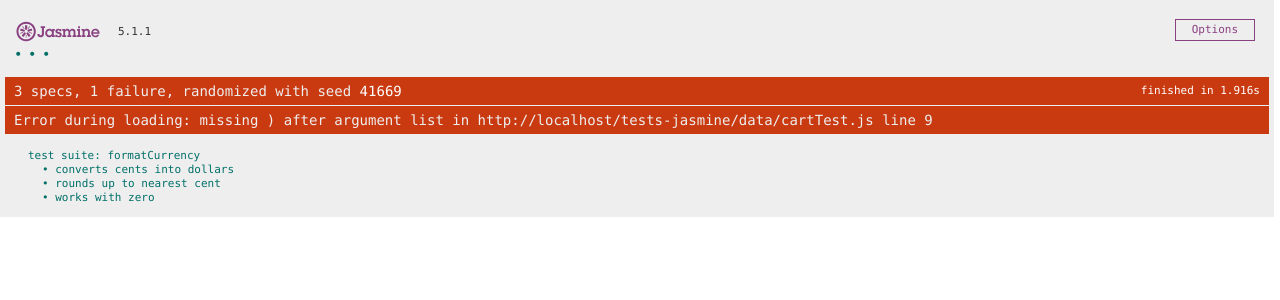
Repository: Srikeerthi05/Amazon-project
Page: tests-jasmine/tests.html
These files come from the project's save history. The page is drawn as it stood at one moment and after a run of saves; the edit follows.
The browser window is 1280 px wide. The pictures show the whole page.

Above is the page before, as saved 2025-05-25 13:39:55.
Console error: SyntaxError: missing ) after argument list

### tests-jasmine/tests.html
<!DOCTYPE html>
<html>
<head>
  <meta charset="utf-8">
  <title>Jasmine Spec Runner v5.1.1</title>

  <link rel="shortcut icon" type="image/png" href="lib/jasmine-5.1.1/jasmine_favicon.png">
  <link rel="stylesheet" href="lib/jasmine-5.1.1/jasmine.css">

  <script src="lib/jasmine-5.1.1/jasmine.js"></script>
  <script src="lib/jasmine-5.1.1/jasmine-html.js"></script>
  <script src="lib/jasmine-5.1.1/boot0.js"></script>
  <!-- optional: include a file here that configures the Jasmine env -->
  <script src="lib/jasmine-5.1.1/boot1.js"></script>


  <script src="utils/moneyTest.js" type="module"></script>
  <script src="data/cartTest.js" type="module"></script>

</head>

<body>
</body>
</html>

### tests-jasmine/utils/moneyTest.js
import {formatCurrency} from '../../scripts/utils/money.js';

describe('test suite: formatCurrency',()=>{
    it('converts cents into dollars',()=>{
        expect(formatCurrency(2095)).toEqual('20.95');
    })
    it('works with zero',()=>{
        expect(formatCurrency(0)).toEqual('0.00');
    })
    it('rounds up to nearest cent',()=>{
        expect(formatCurrency(2000.5)).toEqual('20.01');
    })
})

### tests-jasmine/data/cartTest.js
import {addToCart,cart, loadFromStorage} from '../../data/cart.js';

describe('test suite:Add to cart',()=>{
    it('adds an existing product to the cart',()=>{

    });

    it('adds a new product to the cart',()=>{
        spyOn(localStorage,'setItem';)


        spyOn(localStorage,'getItem').and.callFake(()=>{
            return JSON.stringify([]);
        });

        loadFromStorage();

        addToCart('e43638ce-6aa0-4b85-b27f-e1d07eb678c6');
        expect(cart.length).toEqual(1);
        expect(localStorage.setItem).toHaveBeenCalledTimes(1);
    });


});

### scripts/utils/money.js
export  function formatCurrency(priceCents){
    return (Math.round(priceCents)/100).toFixed(2);
}
export default formatCurrency;

### data/cart.js
export let cart;

loadFromStorage()
export function loadFromStorage(){

     cart=JSON.parse(localStorage.getItem('cart'));

if(!cart){
    cart=[{
   productId:'e43638ce-6aa0-4b85-b27f-e1d07eb678c6',
   quantity:2,
   deliveryOptionId:'1'
},{
    productId:'15b6fc6f-327a-4ec4-896f-486349e85a3d',
    quantity: 1,
    deliveryOptionId:'2'
}
];

}
}

function saveToStorage(){
    localStorage.setItem('cart',JSON.stringify(cart));
}




export function addToCart(productId){
     let matchingItem;

     cart.forEach((cartItem)=>{
      if(productId===cartItem.productId){
        matchingItem=cartItem;
      }
     });;
     if(matchingItem){
      matchingItem.quantity+=1;
     }
     else{
      cart.push({
      productId: productId,
      quantity: 1,
      deliveryOptionId:'1'
     });
     }

     saveToStorage();

}

export function removeFromCart(productId){
    const newCart=[];
    cart.forEach((cartItem)=>{
        if(cartItem.productId!==productId){
            newCart.push(cartItem);
        }
    });

    cart =newCart;

    saveToStorage();
}

export function updateDeliveryOption(productID, deliveryOptionId){
    let matchingItem;

     cart.forEach((cartItem)=>{
      if(productID===cartItem.productId){
        matchingItem=cartItem;
      }
     });


     matchingItem.deliveryOptionId=deliveryOptionId;
     saveToStorage();
}

Loaded but not shown: tests-jasmine/lib/jasmine-5.1.1/jasmine.css (library); tests-jasmine/lib/jasmine-5.1.1/jasmine.js (library); tests-jasmine/lib/jasmine-5.1.1/jasmine-html.js (library); tests-jasmine/lib/jasmine-5.1.1/boot0.js (common file); tests-jasmine/lib/jasmine-5.1.1/boot1.js (library)

After the next 2 saves:
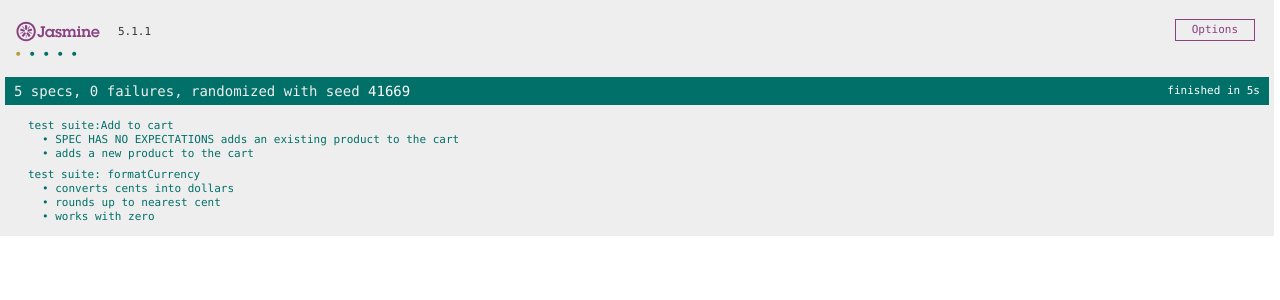
The error is gone.
The 2 saves are shown as one change because they came seconds apart.
The last was saved 24 s later.
--- a/tests-jasmine/data/cartTest.js
+++ b/tests-jasmine/data/cartTest.js
@@ -6,7 +6,7 @@
     });
 
     it('adds a new product to the cart',()=>{
-        spyOn(localStorage,'setItem';)
+        spyOn(localStorage,'setItem');
 
 
         spyOn(localStorage,'getItem').and.callFake(()=>{
